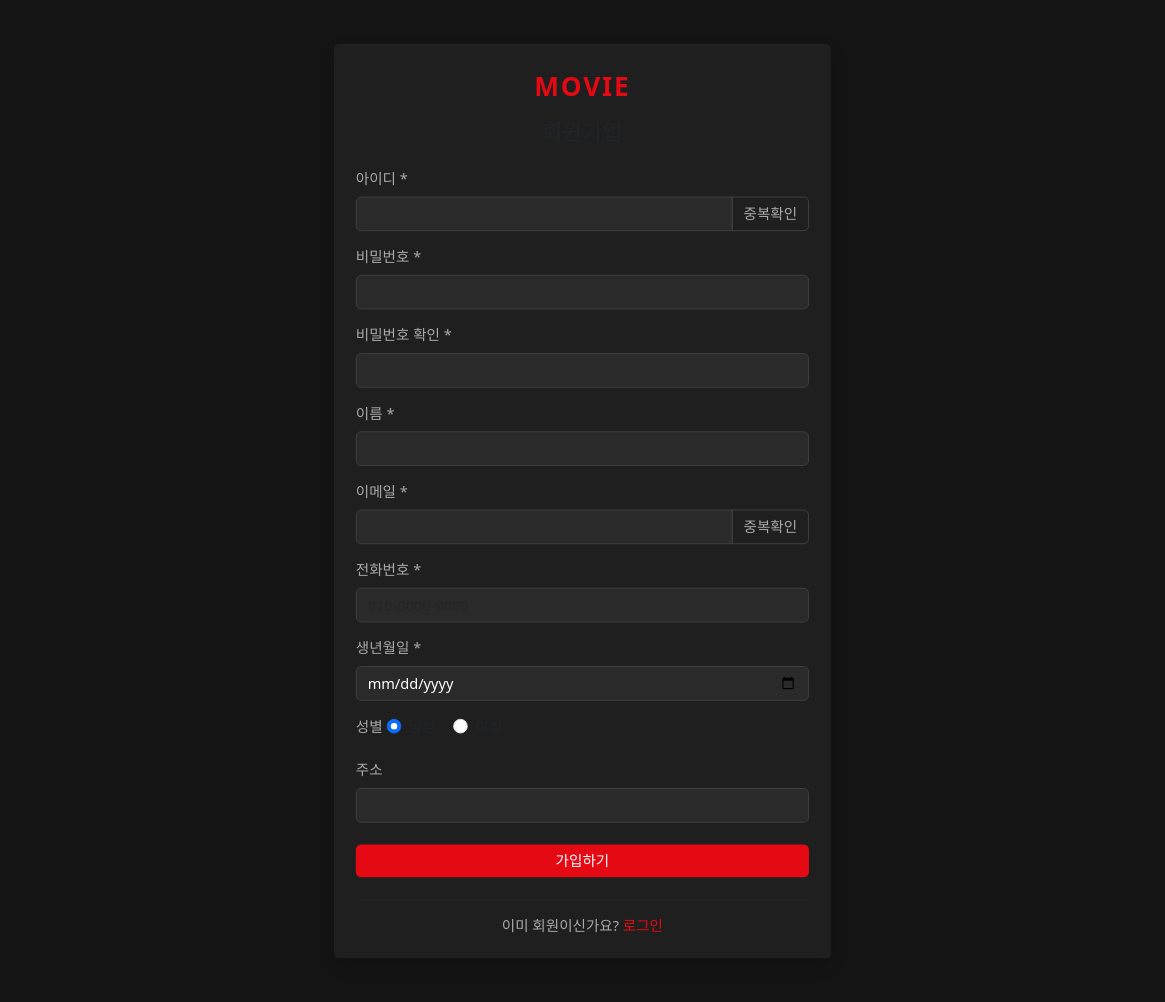
Repository: Se-Jong-Park/InsideReview
Page: http://localhost/moviejoin/WEB-INF/views/user/form.jsp
The author's editor kept a copy of each file at every save. The page is drawn from the files as they stood at one save, then again after the next save.
The browser window is 1280 px wide. The pictures show the whole page, at 91% of full size.
The page is served by Tomcat 9. Nobody is signed in. The template is opened directly, without the code that normally fills it, so the values that code supplies are empty.

Above is the page before, as saved 2026-03-18 17:03:12.

After the next save:
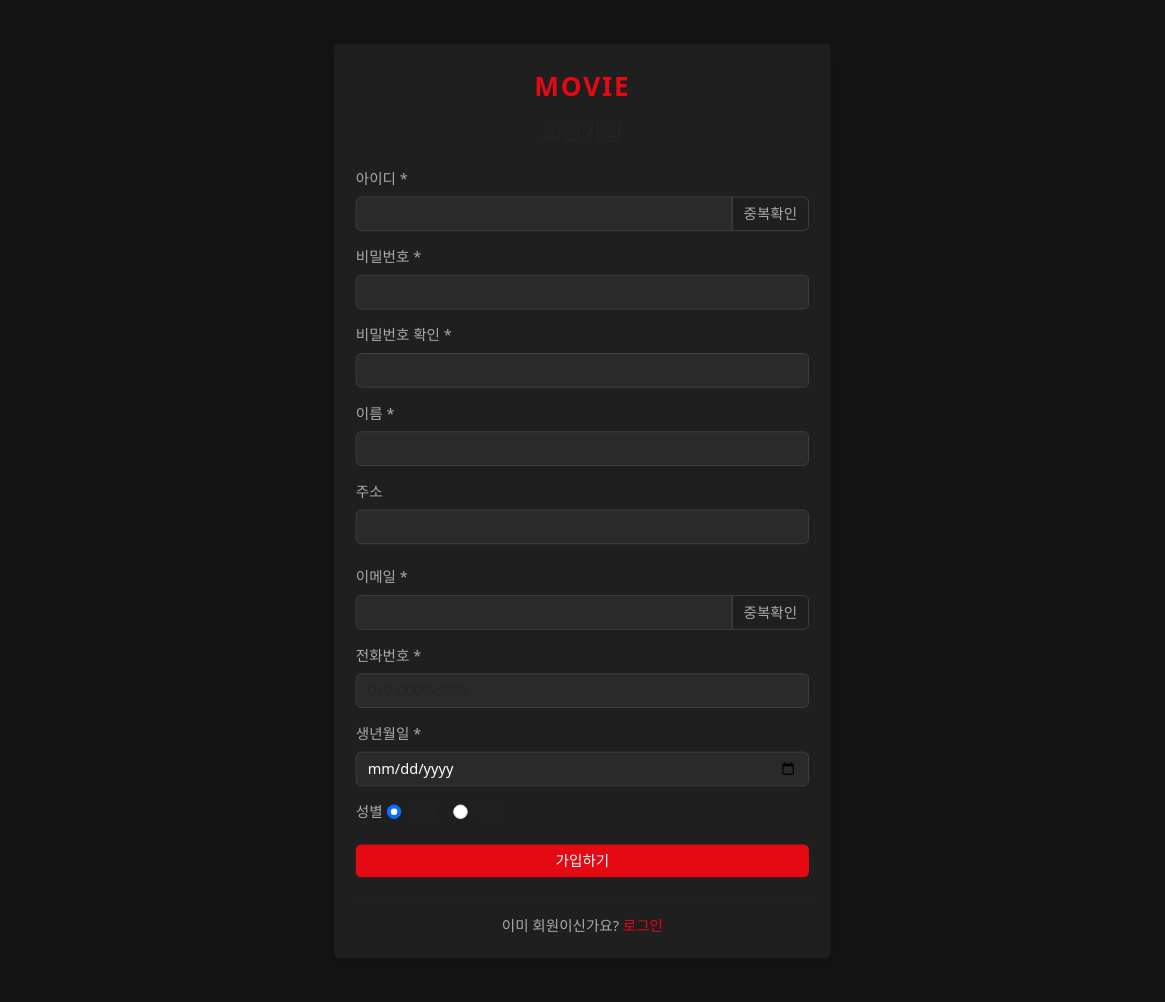
Saved 8 h 9 min later.
--- a/moviejoin/src/main/webapp/WEB-INF/views/user/form.jsp
+++ b/moviejoin/src/main/webapp/WEB-INF/views/user/form.jsp
@@ -79,6 +79,9 @@
                     <label class="form-label">이름 *</label>
                     <input type="text" name="uname" class="form-control" maxlength="15" required>
                 </div>
+                <div class="mb-4">
+                    <label class="form-label">주소</label>
+                    <input type="text" name="uaddr" id="uaddr" class="form-control" onclick="searchAddr()" readonly> </div>
                 <div class="mb-3">
                     <label class="form-label">이메일 *</label>
                     <div class="input-group">
@@ -106,10 +109,6 @@
                         <label class="form-check-label" for="female">여성</label>
                     </div>
                 </div>
-
-                <div class="mb-4">
-                    <label class="form-label">주소</label>
-                    <input type="text" name="uaddr" id="uaddr" class="form-control" onclick="searchAddr()" readonly> </div>
 
                 <div class="d-grid">
                     <button type="submit" class="btn btn-netflix" onclick="return validateForm()">가입하기</button>
